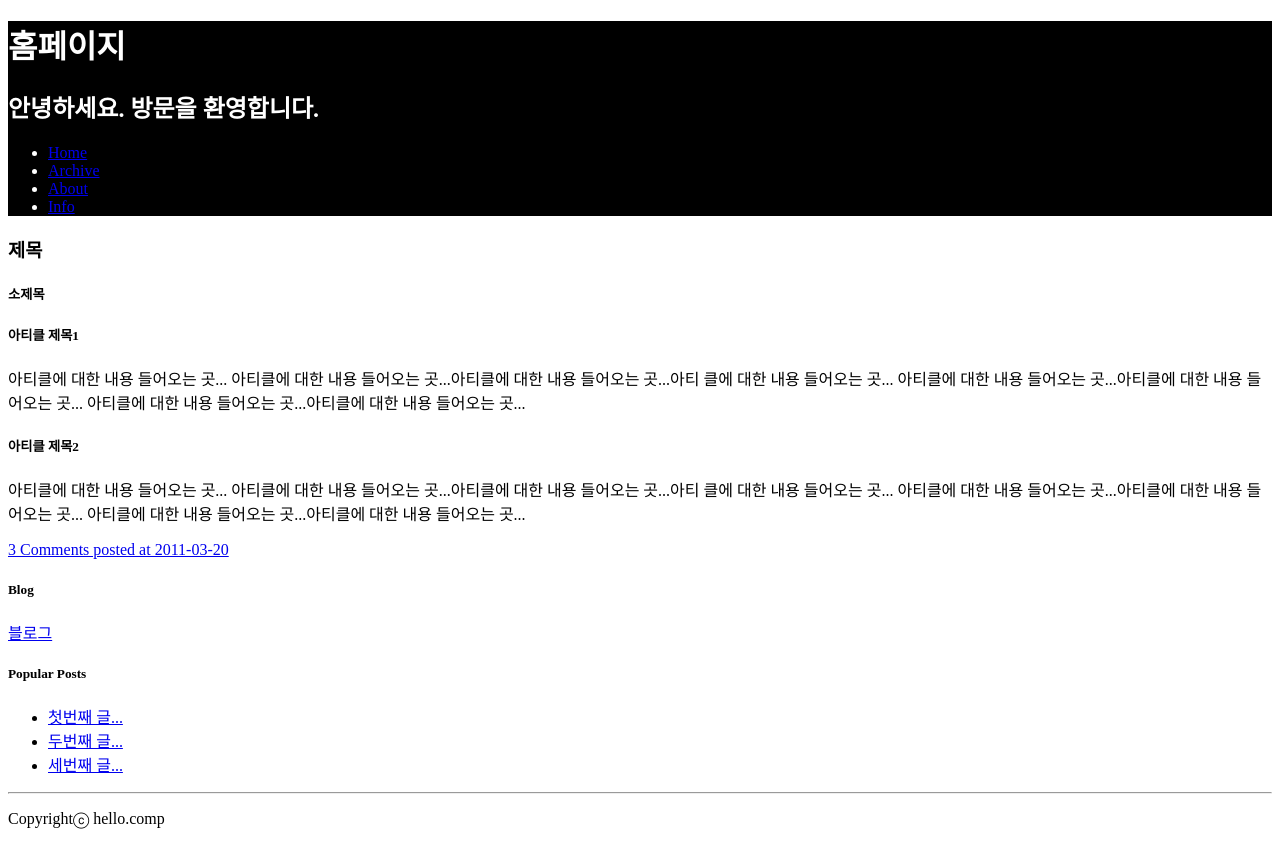
Repository: harin1212/PDA-frontend
Page: 김하린_0728_2/hw2.html
These files come from the project's save history. The page is drawn as it stood at one moment and after the next save; the edit follows.
The browser window is 1280 px wide. The pictures show the whole page.

Above is the page before, as saved 2023-07-28 17:10:49.

### 김하린_0728_2/hw2.html
<!DOCTYPE html>
<html lang="en">
<head>
    <meta charset="UTF-8">
    <meta name="viewport" content="width=device-width, initial-scale=1.0">
    <link rel="stylesheet" href="style/hw2.css">
    <title>HW2</title>
    <style>
        div.line{
            width: 200px;
            height: 10px;
            background-color: rgb(117, 107, 107);
        }
    </style>
</head>
<body>
    <header>
        <h1>홈페이지</h1>
        <h2>안녕하세요. 방문을 환영합니다.</h2>
        <nav>
            <ul>
                <li><a href="#">Home</a></li>
                <li><a href="#">Archive</a></li>
                <li><a href="#">About</a></li>
                <li><a href="#">Info</a></li>
            </ul>
        </nav>
    </header>

    <div>
        <h3>제목</h3>
        <h5>소제목</h5>

        <article>
            <section>
                <h5>아티클 제목1</h5>
                <p>아티클에 대한 내용 들어오는 곳...
                    아티클에 대한 내용 들어오는 곳...아티클에 대한 내용 들어오는 곳...아티
                    클에 대한 내용 들어오는 곳...
                    아티클에 대한 내용 들어오는 곳...아티클에 대한 내용 들어오는 곳...
                    아티클에 대한 내용 들어오는 곳...아티클에 대한 내용 들어오는 곳...
                </p>
            </section>
            <section>
                <h5>아티클 제목2</h5>
                <p>아티클에 대한 내용 들어오는 곳...
                    아티클에 대한 내용 들어오는 곳...아티클에 대한 내용 들어오는 곳...아티
                    클에 대한 내용 들어오는 곳...
                    아티클에 대한 내용 들어오는 곳...아티클에 대한 내용 들어오는 곳...
                    아티클에 대한 내용 들어오는 곳...아티클에 대한 내용 들어오는 곳...
                </p>
            </section>
            <a href="#">3 Comments posted at 2011-03-20</a>

        </article>

        <aside>
            <section>
                <h5>Blog</h5>
                <a href="#">블로그</a>
            </section>
            <section>
                <h5>Popular Posts</h5>
                <ul>
                    <li><a href="#">첫번째 글...</a></li>
                    <li><a href="#">두번째 글...</a></li>
                    <li><a href="#">세번째 글...</a></li>
                </ul>
            </section>

        </aside>
    </div>
    <hr>
    <footer>
        <p>Copyrightⓒ hello.comp</p>
    </footer>
</body>
</html>

### 김하린_0728_2/style/hw2.css
header{
    background-color: rgb(0, 0, 0);
    color: white;
    display: block;
}

header nav ul li{
    color : white;
    text-decoration: none;
}

After the next save:
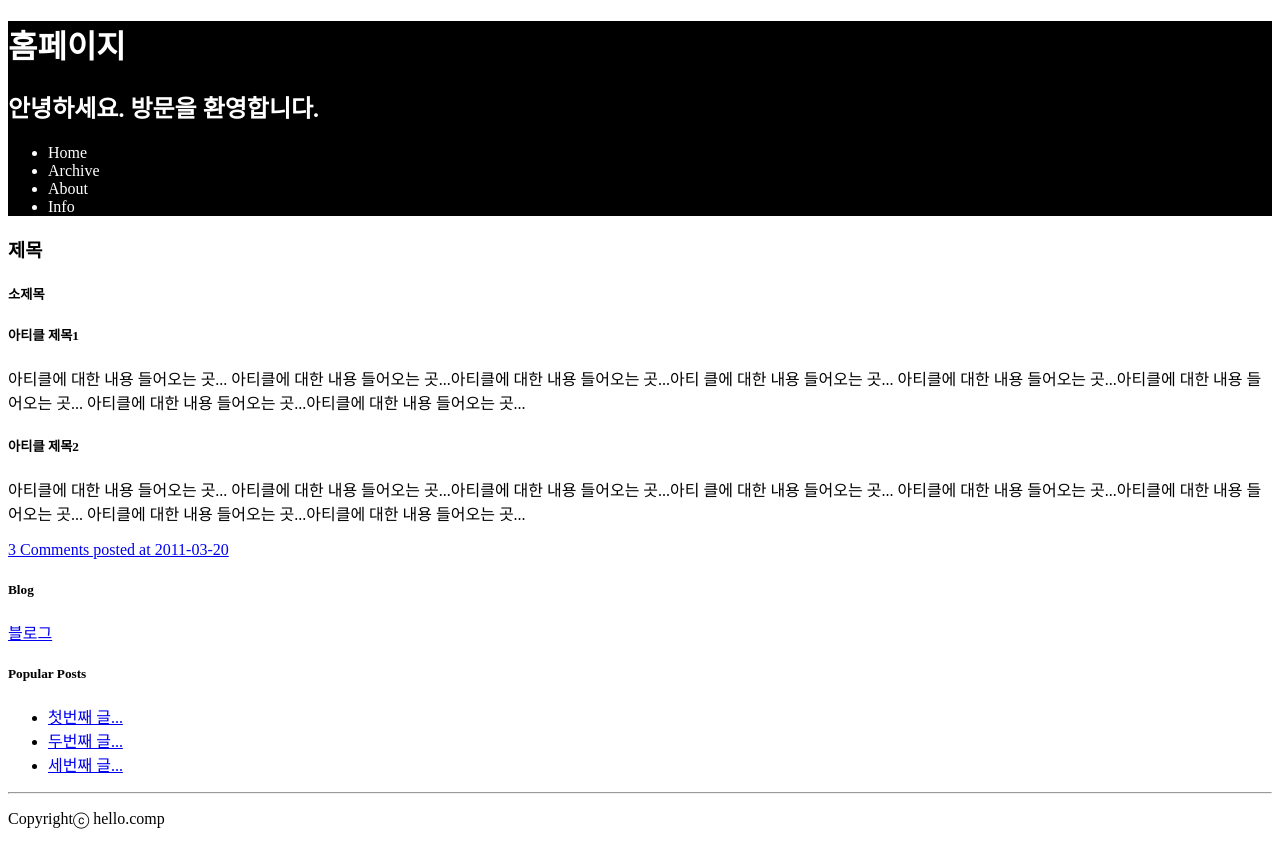
Saved 37 s later.
--- a/김하린_0728_2/style/hw2.css
+++ b/김하린_0728_2/style/hw2.css
@@ -4,7 +4,7 @@ header{
     display: block;
 }
 
-header nav ul li{
+header nav ul li a{
     color : white;
     text-decoration: none;
 }
